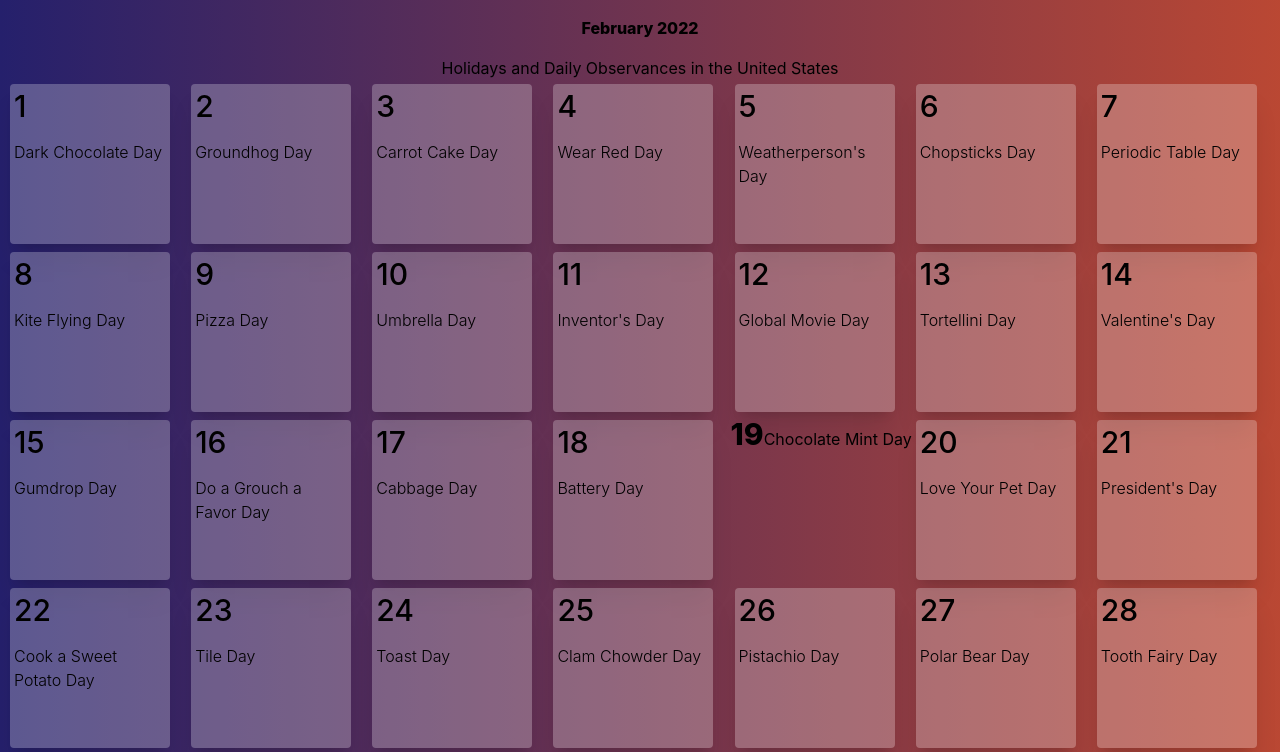
Repository: JohnMata0427/Examen-Bimestral-01-Frontend
Page: /
These files come from the project's save history. The page is drawn as it stood at one moment and after the next save; the edit follows.
The browser window is 1280 px wide. The pictures show the whole page.
The project was rebuilt for these pictures with package versions that can differ from the ones it lists, and the page was loaded fresh each time. Also part of the build but not shown: vite.config.js.

Above is the page before, as saved 2024-06-17 20:59:27.

### src/App.jsx
import Calendar from "./components/calendar.jsx"
export default function App() {

  return (
    <>
      <Calendar/>
    </>
  )
}

### src/components/calendar.jsx
export default function Calendar(){
    return (
        <div className="flex flex-col items-center bg-gradient-to-r from-[#25206c] to-[#b13019e2]">
            <h1 className="font-extrabold my-4">February 2022</h1>
            <p>Holidays and Daily Observances in the United States</p>
            <ul className="grid grid-cols-7 flex-wrap list-none">
                <li className="flex size-40 m-1 flex-col rounded p-1 font-light box-border bg-[#ffffff40] shadow-xl border-1 border-solid"><time className="text-3xl mb-4 font-medium" datetime="2022-02-01">1</time>Dark Chocolate Day</li>
                <li className="flex size-40 m-1 flex-col rounded p-1 font-light box-border bg-[#ffffff40] shadow-xl border-1 border-solid"><time className="text-3xl mb-4 font-medium" datetime="2022-02-02">2</time>Groundhog Day</li>
                <li className="flex size-40 m-1 flex-col rounded p-1 font-light box-border bg-[#ffffff40] shadow-xl border-1 border-solid"><time className="text-3xl mb-4 font-medium" datetime="2022-02-03">3</time>Carrot Cake Day</li>
                <li className="flex size-40 m-1 flex-col rounded p-1 font-light box-border bg-[#ffffff40] shadow-xl border-1 border-solid"><time className="text-3xl mb-4 font-medium" datetime="2022-02-04">4</time>Wear Red Day</li>
                <li className="flex size-40 m-1 flex-col rounded p-1 font-light box-border bg-[#ffffff40] shadow-xl border-1 border-solid"><time className="text-3xl mb-4 font-medium" datetime="2022-02-05">5</time>Weatherperson's Day</li>
                <li className="flex size-40 m-1 flex-col rounded p-1 font-light box-border bg-[#ffffff40] shadow-xl border-1 border-solid"><time className="text-3xl mb-4 font-medium" datetime="2022-02-06">6</time>Chopsticks Day</li>
                <li className="flex size-40 m-1 flex-col rounded p-1 font-light box-border bg-[#ffffff40] shadow-xl border-1 border-solid"><time className="text-3xl mb-4 font-medium" datetime="2022-02-07">7</time>Periodic Table Day</li>
                <li className="flex size-40 m-1 flex-col rounded p-1 font-light box-border bg-[#ffffff40] shadow-xl border-1 border-solid"><time className="text-3xl mb-4 font-medium" datetime="2022-02-08">8</time>Kite Flying Day</li>
                <li className="flex size-40 m-1 flex-col rounded p-1 font-light box-border bg-[#ffffff40] shadow-xl border-1 border-solid"><time className="text-3xl mb-4 font-medium" datetime="2022-02-09">9</time>Pizza Day</li>
                <li className="flex size-40 m-1 flex-col rounded p-1 font-light box-border bg-[#ffffff40] shadow-xl border-1 border-solid"><time className="text-3xl mb-4 font-medium" datetime="2022-02-10">10</time>Umbrella Day</li>
                <li className="flex size-40 m-1 flex-col rounded p-1 font-light box-border bg-[#ffffff40] shadow-xl border-1 border-solid"><time className="text-3xl mb-4 font-medium" datetime="2022-02-11">11</time>Inventor's Day</li>
                <li className="flex size-40 m-1 flex-col rounded p-1 font-light box-border bg-[#ffffff40] shadow-xl border-1 border-solid"><time className="text-3xl mb-4 font-medium" datetime="2022-02-12">12</time>Global Movie Day</li>
                <li className="flex size-40 m-1 flex-col rounded p-1 font-light box-border bg-[#ffffff40] shadow-xl border-1 border-solid"><time className="text-3xl mb-4 font-medium" datetime="2022-02-13">13</time>Tortellini Day</li>
                <li className="flex size-40 m-1 flex-col rounded p-1 font-light box-border bg-[#ffffff40] shadow-xl border-1 border-solid"><time className="text-3xl mb-4 font-medium" datetime="2022-02-14">14</time>Valentine's Day</li>
                <li className="flex size-40 m-1 flex-col rounded p-1 font-light box-border bg-[#ffffff40] shadow-xl border-1 border-solid"><time className="text-3xl mb-4 font-medium" datetime="2022-02-15">15</time>Gumdrop Day</li>
                <li className="flex size-40 m-1 flex-col rounded p-1 font-light box-border bg-[#ffffff40] shadow-xl border-1 border-solid"><time className="text-3xl mb-4 font-medium" datetime="2022-02-16">16</time>Do a Grouch a Favor Day</li>
                <li className="flex size-40 m-1 flex-col rounded p-1 font-light box-border bg-[#ffffff40] shadow-xl border-1 border-solid"><time className="text-3xl mb-4 font-medium" datetime="2022-02-17">17</time>Cabbage Day</li>
                <li className="flex size-40 m-1 flex-col rounded p-1 font-light box-border bg-[#ffffff40] shadow-xl border-1 border-solid"><time className="text-3xl mb-4 font-medium" datetime="2022-02-18">18</time>Battery Day</li>
                <li className="flex size-40 m-1 flex-col rounded p-1 font-light box-border bg-[#4922bd70] shadow-xl border-1 border-solid" class="today"><time className="text-3xl mb-4 font-extrabold" datetime="2022-02-19">19</time>Chocolate Mint Day</li>
                <li className="flex size-40 m-1 flex-col rounded p-1 font-light box-border bg-[#ffffff40] shadow-xl border-1 border-solid"><time className="text-3xl mb-4 font-medium" datetime="2022-02-20">20</time>Love Your Pet Day</li>
                <li className="flex size-40 m-1 flex-col rounded p-1 font-light box-border bg-[#ffffff40] shadow-xl border-1 border-solid"><time className="text-3xl mb-4 font-medium" datetime="2022-02-21">21</time>President's Day</li>
                <li className="flex size-40 m-1 flex-col rounded p-1 font-light box-border bg-[#ffffff40] shadow-xl border-1 border-solid"><time className="text-3xl mb-4 font-medium" datetime="2022-02-22">22</time>Cook a Sweet Potato Day</li>
                <li className="flex size-40 m-1 flex-col rounded p-1 font-light box-border bg-[#ffffff40] shadow-xl border-1 border-solid"><time className="text-3xl mb-4 font-medium" datetime="2022-02-23">23</time>Tile Day</li>
                <li className="flex size-40 m-1 flex-col rounded p-1 font-light box-border bg-[#ffffff40] shadow-xl border-1 border-solid"><time className="text-3xl mb-4 font-medium" datetime="2022-02-24">24</time>Toast Day</li>
                <li className="flex size-40 m-1 flex-col rounded p-1 font-light box-border bg-[#ffffff40] shadow-xl border-1 border-solid"><time className="text-3xl mb-4 font-medium" datetime="2022-02-25">25</time>Clam Chowder Day</li>
                <li className="flex size-40 m-1 flex-col rounded p-1 font-light box-border bg-[#ffffff40] shadow-xl border-1 border-solid"><time className="text-3xl mb-4 font-medium" datetime="2022-02-26">26</time>Pistachio Day</li>
                <li className="flex size-40 m-1 flex-col rounded p-1 font-light box-border bg-[#ffffff40] shadow-xl border-1 border-solid"><time className="text-3xl mb-4 font-medium" datetime="2022-02-27">27</time>Polar Bear Day</li>
                <li className="flex size-40 m-1 flex-col rounded p-1 font-light box-border bg-[#ffffff40] shadow-xl border-1 border-solid"><time className="text-3xl mb-4 font-medium" datetime="2022-02-28">28</time>Tooth Fairy Day</li>
            </ul>
        </div>
    )
}

Loaded but not shown: index.html (common file); src/main.jsx (common file); src/index.css (common file); tailwind.config.js (common file)

After the next save:
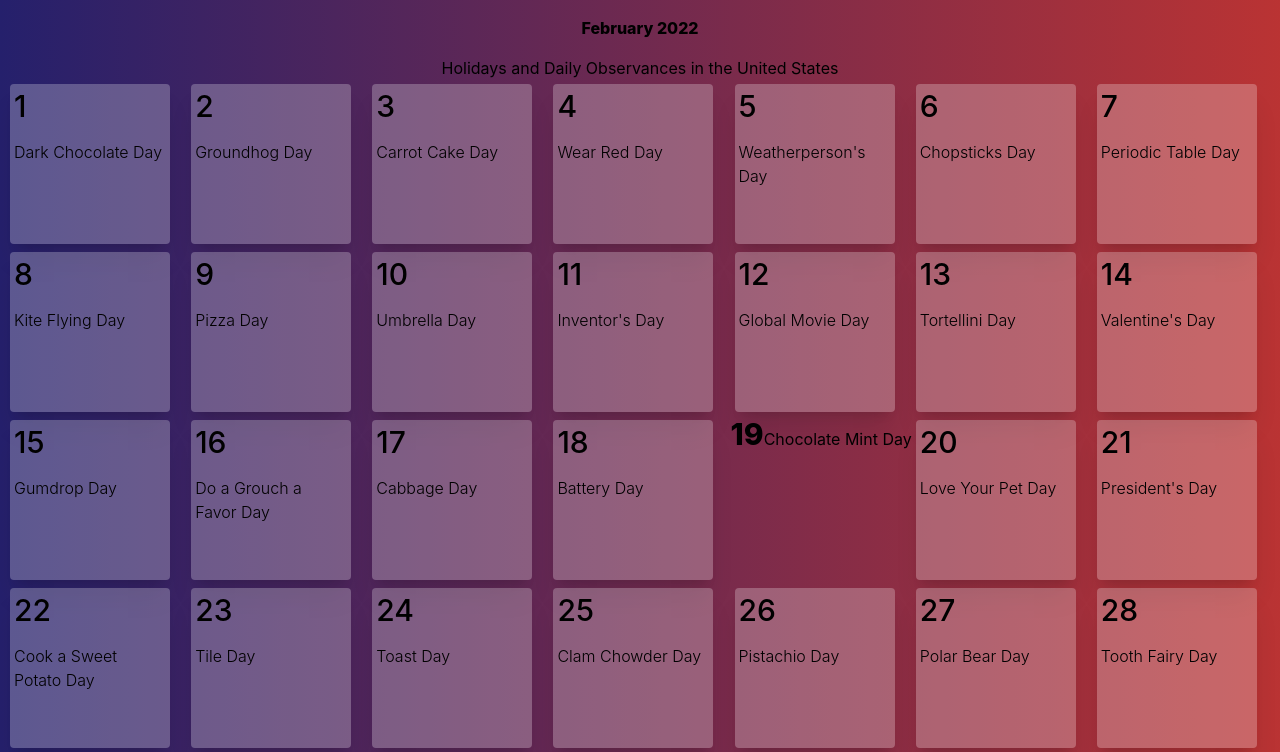
Saved 4 s later.
--- a/src/components/calendar.jsx
+++ b/src/components/calendar.jsx
@@ -1,6 +1,6 @@
 export default function Calendar(){
     return (
-        <div className="flex flex-col items-center bg-gradient-to-r from-[#25206c] to-[#b13019e2]">
+        <div className="flex flex-col items-center bg-gradient-to-r from-[#25206c] to-[#b11919e2]">
             <h1 className="font-extrabold my-4">February 2022</h1>
             <p>Holidays and Daily Observances in the United States</p>
             <ul className="grid grid-cols-7 flex-wrap list-none">
